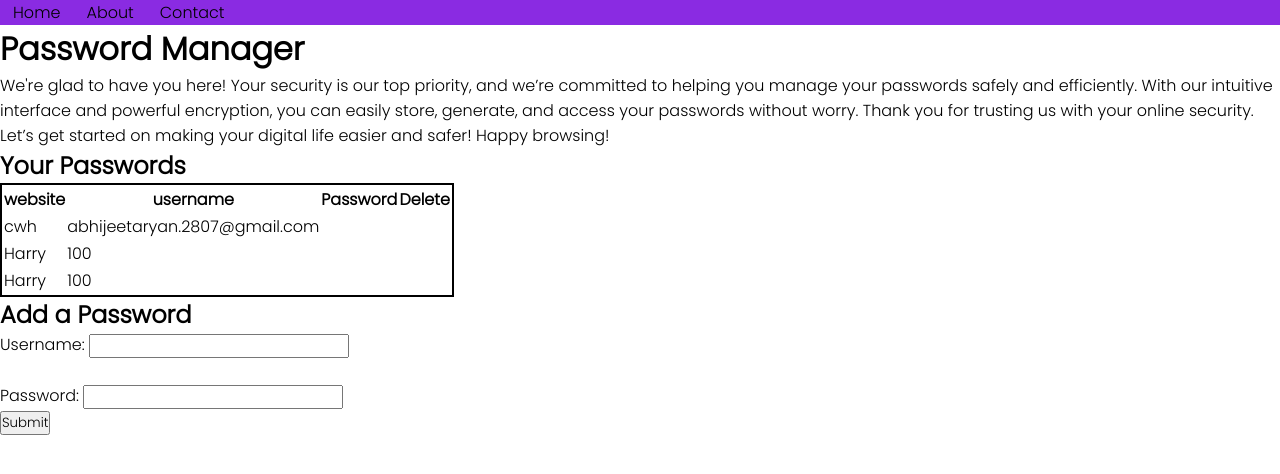
Repository: Abhi2807ar/PASSWORD-MANAGER
Page: index.html
These files come from the project's save history. The page is drawn as it stood at one moment and after the next save; the edit follows.
The browser window is 1280 px wide. The pictures show the whole page.

Above is the page before, as saved 2024-10-14 14:54:28.

After the next save:
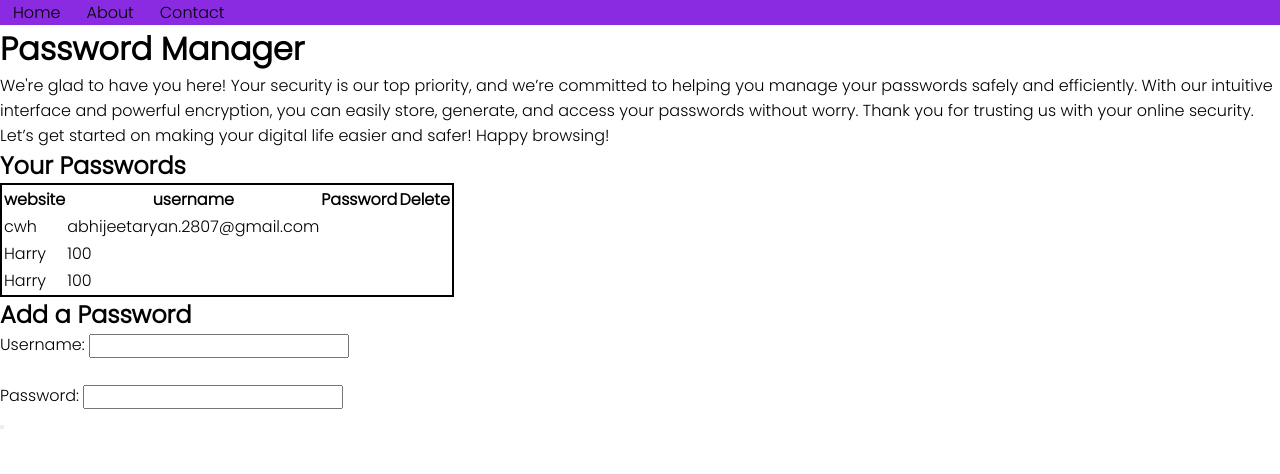
Saved 18 s later.
--- a/index.html
+++ b/index.html
@@ -60,7 +60,7 @@ Happy browsing!
             <br>
 
             <!-- Submit button -->
-           <input type="submit" value="Submit">
+           <button type="submit" value="Submit">
                 </form>
     </div>
     <script src="index.js"></script>
